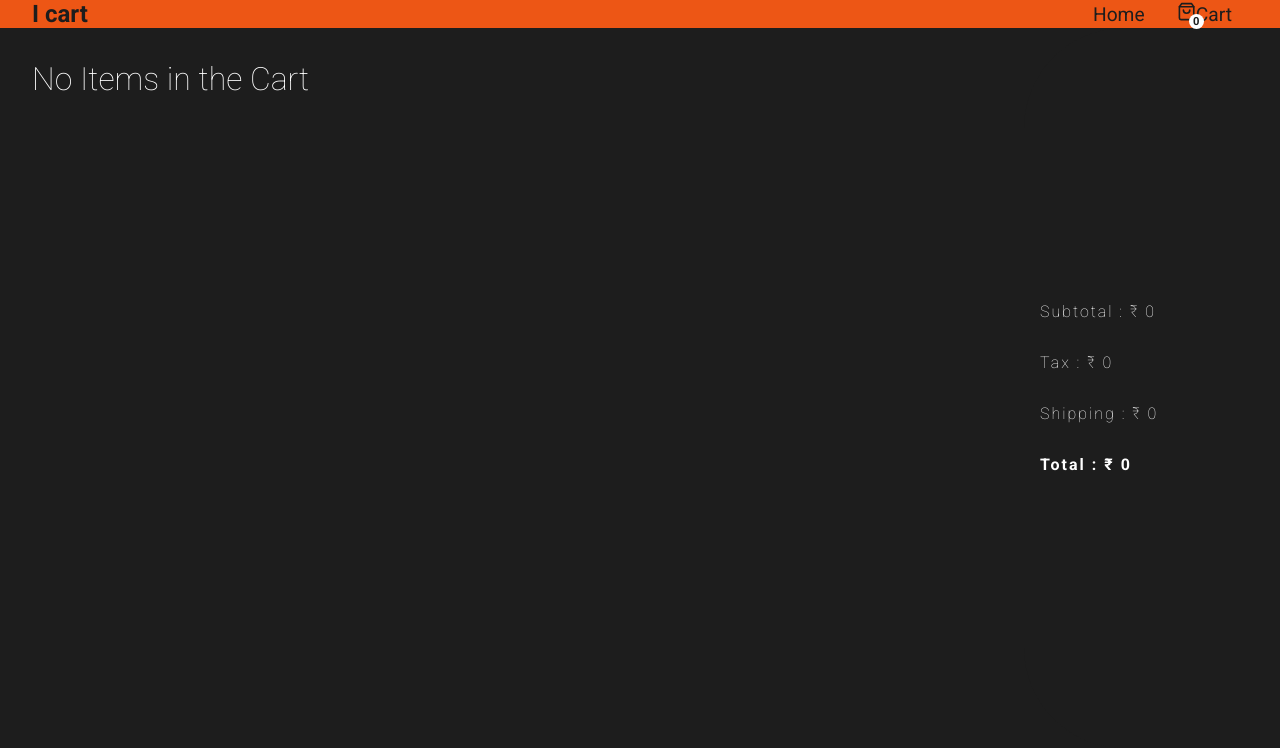
Repository: suraj-yadav7/eCommerce-Cart-React
Page: /cart
These files come from the project's save history. The page is drawn as it stood at one moment and after the next save; the edit follows.
The browser window is 1280 px wide. The pictures show the whole page.
The project was rebuilt for these pictures with package versions that can differ from the ones it lists, and the page was loaded fresh each time. Also part of the build but not shown: src/Components/Home.jsx.

Above is the page before, as saved 2023-03-31 10:37:49.

After the next save:
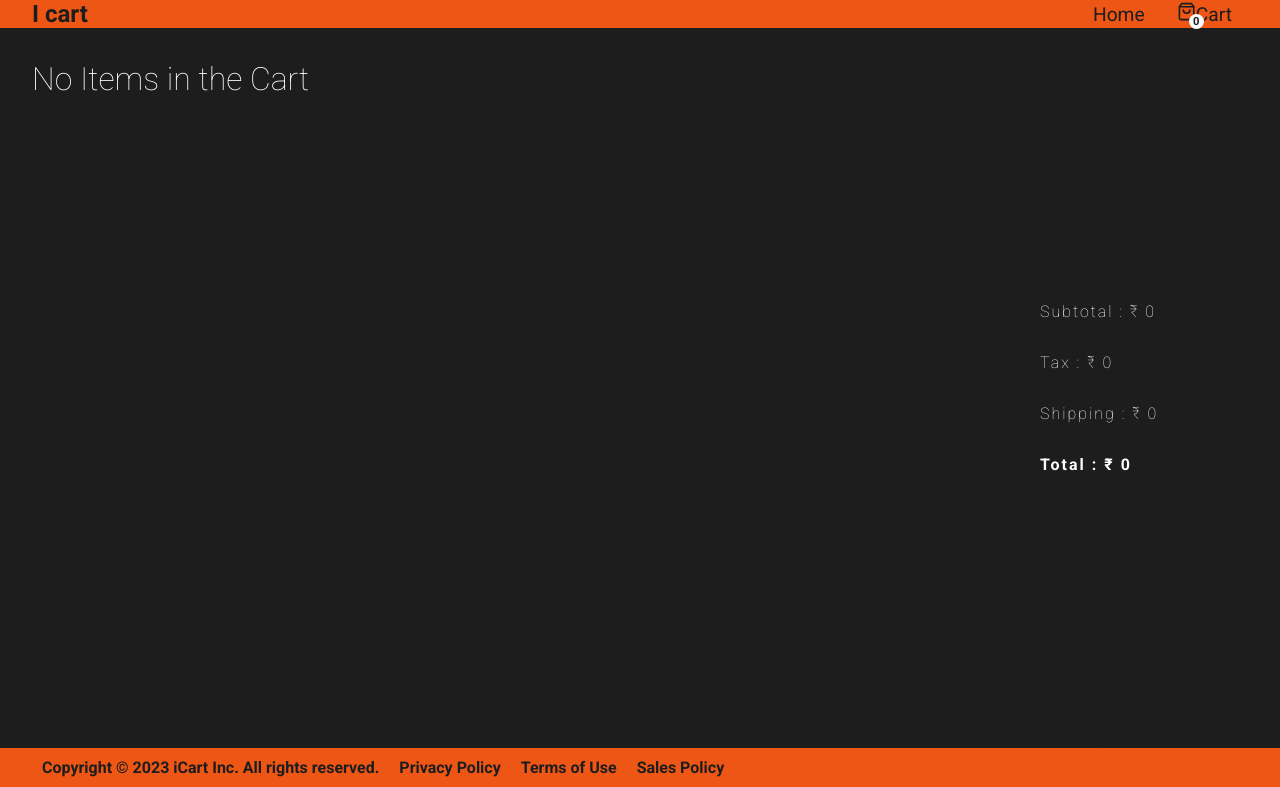
Saved 2 min 3 s later.
--- a/src/Components/Footer.jsx
+++ b/src/Components/Footer.jsx
@@ -4,7 +4,12 @@
   return (
     <>
     <footer>
-
+        <div>
+            <h4>Copyright © 2023 iCart Inc. All rights reserved.</h4>
+            <h4>Privacy Policy</h4>
+            <h4>Terms of Use</h4>
+            <h4>Sales Policy</h4>
+        </div>
     </footer>
     </>
   )
